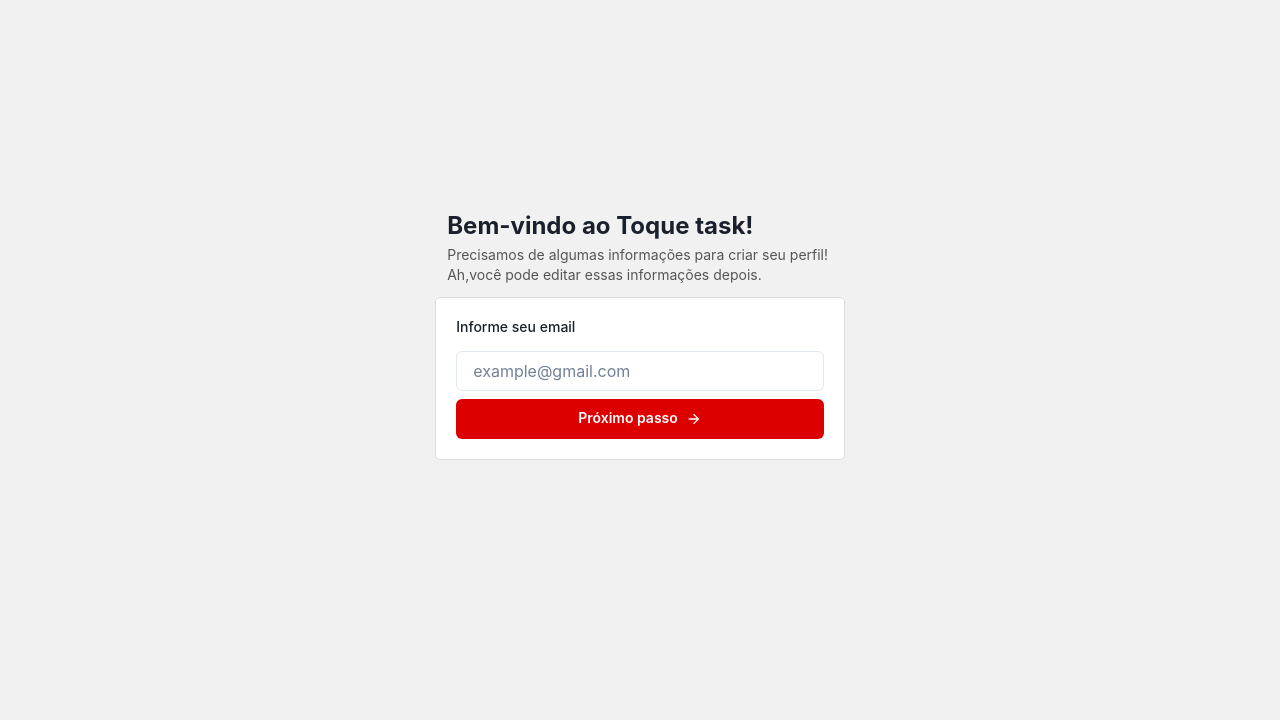
Repository: jorgelucasjs/chakra-ui-doc
Page: /
These files come from the project's save history. The page is drawn as it stood at one moment and after the next save; the edit follows.
The browser window is 1280 px wide. The pictures show the whole page.
The project was rebuilt for these pictures with package versions that can differ from the ones it lists, and the page was loaded fresh each time.

Above is the page before, as saved 2023-01-06 14:51:00.

### public/index.html
<!DOCTYPE html>
<html lang="en">
  <head>
    <meta charset="utf-8" />
   <!--  <link rel="icon" href="%PUBLIC_URL%/logo.jpg" /> -->
    <meta name="viewport" content="width=device-width, initial-scale=1" />
    <meta name="theme-color" content="#000000" />
    <meta
      name="description"
      content="Web site created using create-react-app"
    />
    <!-- <link rel="apple-touch-icon" href="%PUBLIC_URL%/logo.jpg" /> -->
    <!--
      manifest.json provides metadata used when your web app is installed on a
      user's mobile device or desktop. See https://developers.google.com/web/fundamentals/web-app-manifest/
    -->
    <link rel="manifest" href="%PUBLIC_URL%/manifest.json" />
    <!--
      Notice the use of %PUBLIC_URL% in the tags above.
      It will be replaced with the URL of the `public` folder during the build.
      Only files inside the `public` folder can be referenced from the HTML.

      Unlike "/favicon.ico" or "favicon.ico", "%PUBLIC_URL%/favicon.ico" will
      work correctly both with client-side routing and a non-root public URL.
      Learn how to configure a non-root public URL by running `npm run build`.
    -->
    <title>Chackra ui</title>
  </head>
  <body>
    <noscript>You need to enable JavaScript to run this app.</noscript>
    <div id="root"></div>
    <!--
      This HTML file is a template.
      If you open it directly in the browser, you will see an empty page.

      You can add webfonts, meta tags, or analytics to this file.
      The build step will place the bundled scripts into the <body> tag.

      To begin the development, run `npm start` or `yarn start`.
      To create a production bundle, use `npm run build` or `yarn build`.
    -->
  </body>
</html>

### src/index.tsx
import React from 'react';
import ReactDOM from 'react-dom/client';
import App from './App';
import reportWebVitals from './reportWebVitals';

const root = ReactDOM.createRoot(
  document.getElementById('root') as HTMLElement
);


root.render(

	<React.StrictMode>
		<App />
	</React.StrictMode>

);

reportWebVitals();

### src/App.tsx
import * as React from 'react';
import PagesRouter from './routes';
import { extendTheme, ChakraProvider, ColorModeScript } from '@chakra-ui/react';
import theme from './theme/theme';

export default function App(): JSX.Element {

	return (
		<ChakraProvider theme={theme}>
			<ColorModeScript initialColorMode={theme.config.initialColorMode} />
			<PagesRouter />
		</ChakraProvider>
	);
}

### src/routes/index.tsx
import React from 'react';
import { BrowserRouter, Route, Routes } from 'react-router-dom';
import Home from '../pages';
import GlobalStyle from './../style/Global';
export default function PagesRouter(): JSX.Element {
	return (

		<BrowserRouter>
			<GlobalStyle />

			<Routes>

				<Route
					path='/'
					element={<Home />}
				/>
			</Routes>
		</BrowserRouter>

	);
}

### src/theme/theme.ts
import { extendTheme, ThemeConfig } from '@chakra-ui/react';

const config: ThemeConfig = {
	initialColorMode: 'light',
	useSystemColorMode: false,
};

const colors = {
	brand: {
		900: '#1a365d',
		800: '#153e75',
		700: '#2a69ac',
	},
};

const theme = extendTheme({ config, colors });

export default theme;

### src/pages/index.tsx
import React from 'react';
import { Box, Text, Flex, FormControl, FormLabel, Input,Button, Heading } from '@chakra-ui/react';
import { PhoneIcon, AddIcon, WarningIcon, ArrowForwardIcon } from '@chakra-ui/icons';

export default function index(): JSX.Element {

	return (
		<Flex justify={'center'} bg={'#F1F1F1'} height='100vh' maxW='100%'>

			<Box w={'32%'} mt={200} maxW='100%'>

				<Box p={3} pb={0}>

					<Heading as='h1' fontSize='2xl' mb={1} fontWeight='bold'>Bem-vindo ao Toque task!</Heading>

					<Text fontSize='14' color={'#555555'} lineHeight='5'>
						Precisamos de algumas informações para criar seu perfil!
						Ah,você pode editar essas informações depois.
					</Text>
				</Box>

				<Box bg='#fff' p={5} mt={3} borderRadius={5} border='1px solid #ddd'>
					<FormControl>
						<FormLabel fontSize='14' mb='4'>Informe seu email</FormLabel>
						<Input type='email' placeholder='example@gmail.com'/>
						<Button
							w={'100%'}
							mt={2}
							bg='#DD0000'
							color='#fff'
							fontSize='14'
							_hover={{ bg: '#f00' }}
						>Próximo passo <ArrowForwardIcon fontSize='16' ml={2}/> </Button>
					</FormControl>
				</Box>
			</Box>
		</Flex>
	);
}

### src/style/Global.ts
import { createGlobalStyle } from 'styled-components';

export default createGlobalStyle`
  * {
	  margin: 0;
	  padding: 0;
	  box-sizing: border-box;
	}

  body {
	  width: 100vw;
	  background:#fefefe;
  }

  body,
  input,
  textarea,
  button {
	font: 400 1rem Inter, sans-serif;
  }

  h1 {
	font-size: 2.5rem;
	font: 700;
	font-family: 'Work Sans', sans-serif;
  }

  h2 {
	font-size: 1.5rem;
  }

  button {
	cursor: pointer;
  }

  h1,
  h2,
  h3,
  h4,
  h5,
  h6 {
	font-weight: 600;
	font-family: Lexend, sans-serif;
  }

  input {
	outline: none;
  }
  a{
	text-decoration:none;
	color:#fff;
  }
  .modalContent,
  .secondModal {
	>img {
	  width: 15rem;
	  margin: 15px auto;
	  display: flex;
	  justify-content: center;
	  align-self: center;
	}
	> form {
	  margin: 20px 0;
	  width: 100%;
	  text-align: center;

	> label {
	  display: flex;
	  align-items: flex-start;
	  margin: 15px 0;
	  color: #1c1c1c;
	}

	>button {
	  margin-top: 25px;
	}
  }
}


.secondModal {
  >h1 {
	text-align: center;
	margin: 4rem 0 0 0;
  }

  >span {
	display: block;
	text-align: center;
	color: #1c1c1c;
	font-size: 15px;
	margin: 20px 0;
  }
}



`;

Loaded but not shown: src/reportWebVitals.ts (common file)

After the next save:
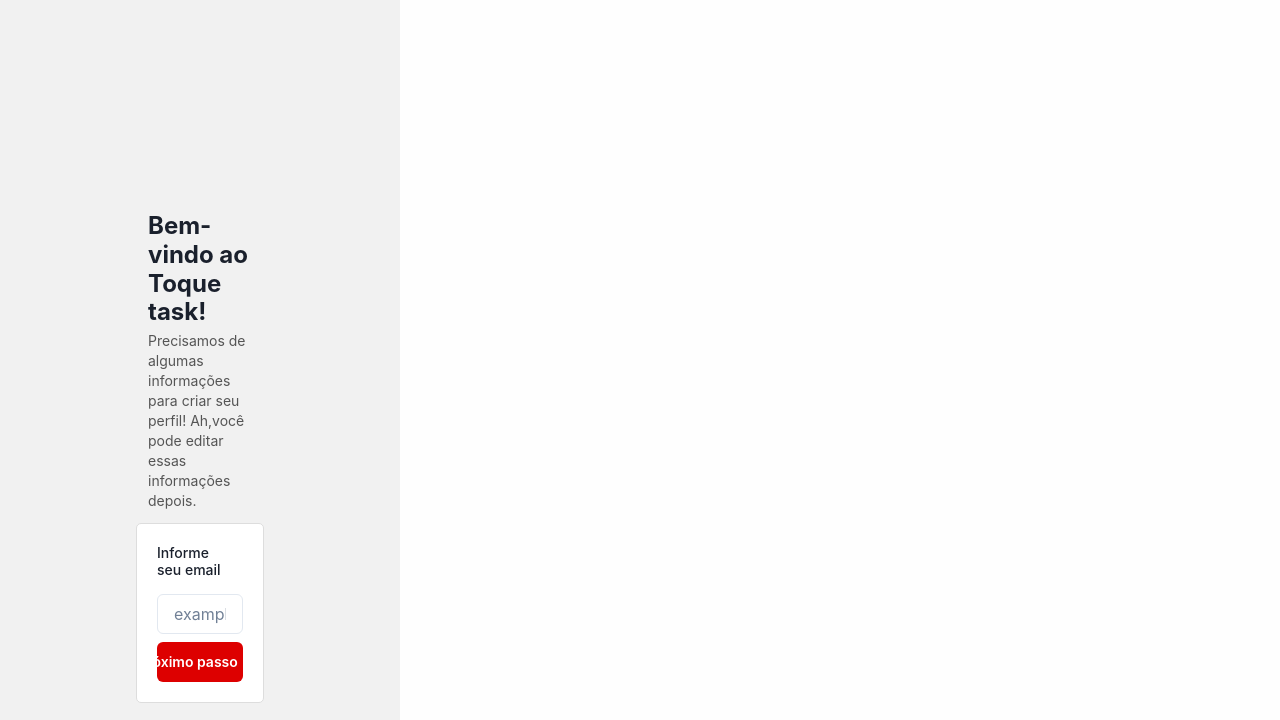
Saved 15 s later.
--- a/src/pages/index.tsx
+++ b/src/pages/index.tsx
@@ -5,7 +5,7 @@
 export default function index(): JSX.Element {
 
 	return (
-		<Flex justify={'center'} bg={'#F1F1F1'} height='100vh' maxW='100%'>
+		<Flex justify={'center'} bg={'#F1F1F1'} height='100vh' maxW='400px'>
 
 			<Box w={'32%'} mt={200} maxW='100%'>
 

After the 4 saves that followed:
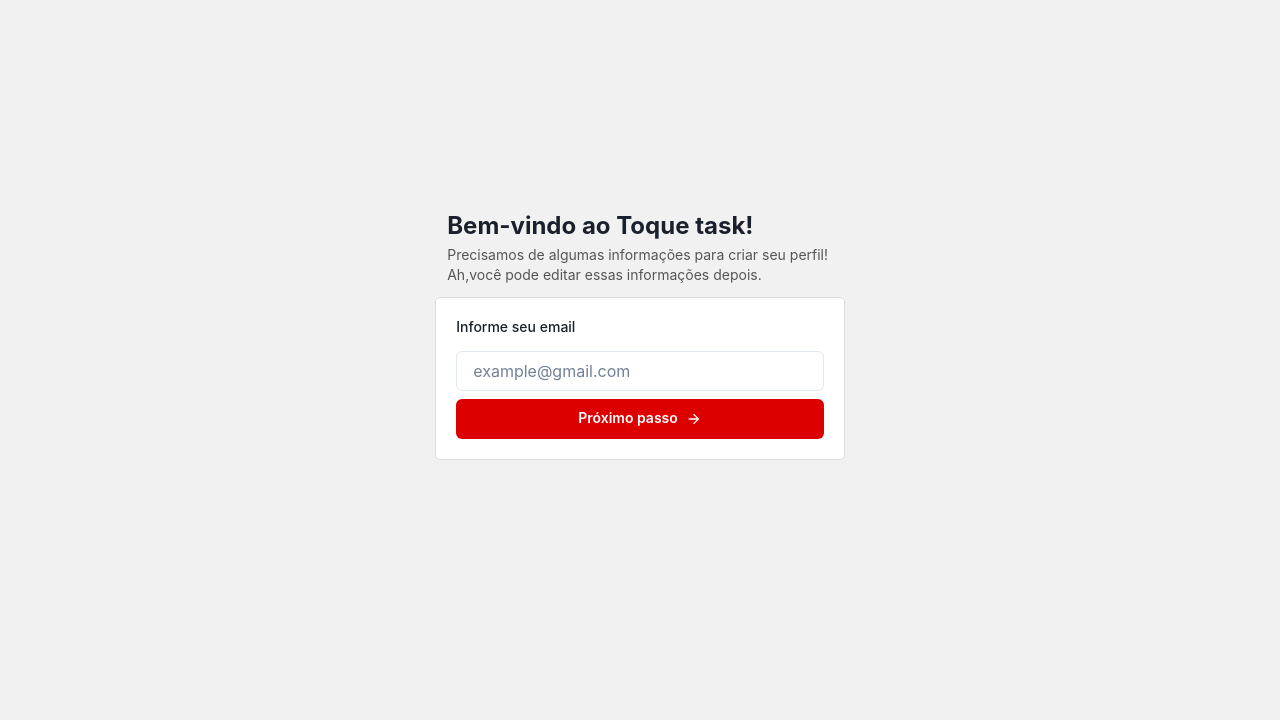
The 4 saves are shown as one change because 1 left the picture as it was and some came seconds apart.
The last was saved 25 s later.
--- a/src/pages/index.tsx
+++ b/src/pages/index.tsx
@@ -5,7 +5,7 @@
 export default function index(): JSX.Element {
 
 	return (
-		<Flex justify={'center'} bg={'#F1F1F1'} height='100vh' maxW='400px'>
+		<Flex justify={'center'} bg={'#F1F1F1'} height='100vh'>
 
 			<Box w={'32%'} mt={200} maxW='100%'>
 
